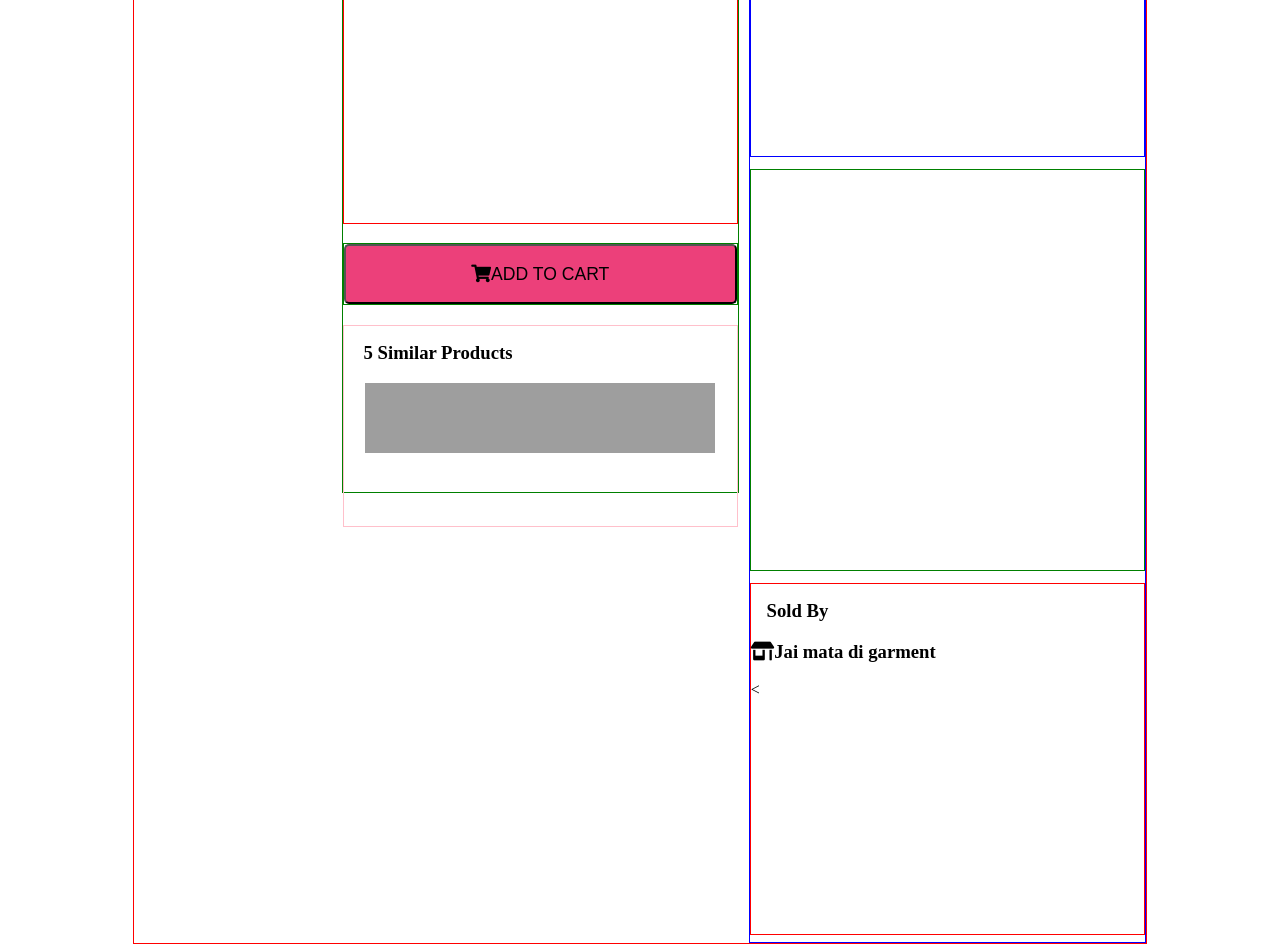
Repository: deepakxxxx/meesho
Page: catelog.html
These files come from the project's save history. The page is drawn as it stood at one moment and after the next save; the edit follows.
The browser window is 1280 px wide. The pictures show the part of the page from y = 419 to 1371 px (the page is 1371 px tall).
Pictures or frames that could not be fetched are drawn as grey boxes. A picture or video elsewhere on the page could not be fetched, so the positions and the page height are approximate.

Above is the page before, as saved 2021-11-06 17:40:28.

After the next save:
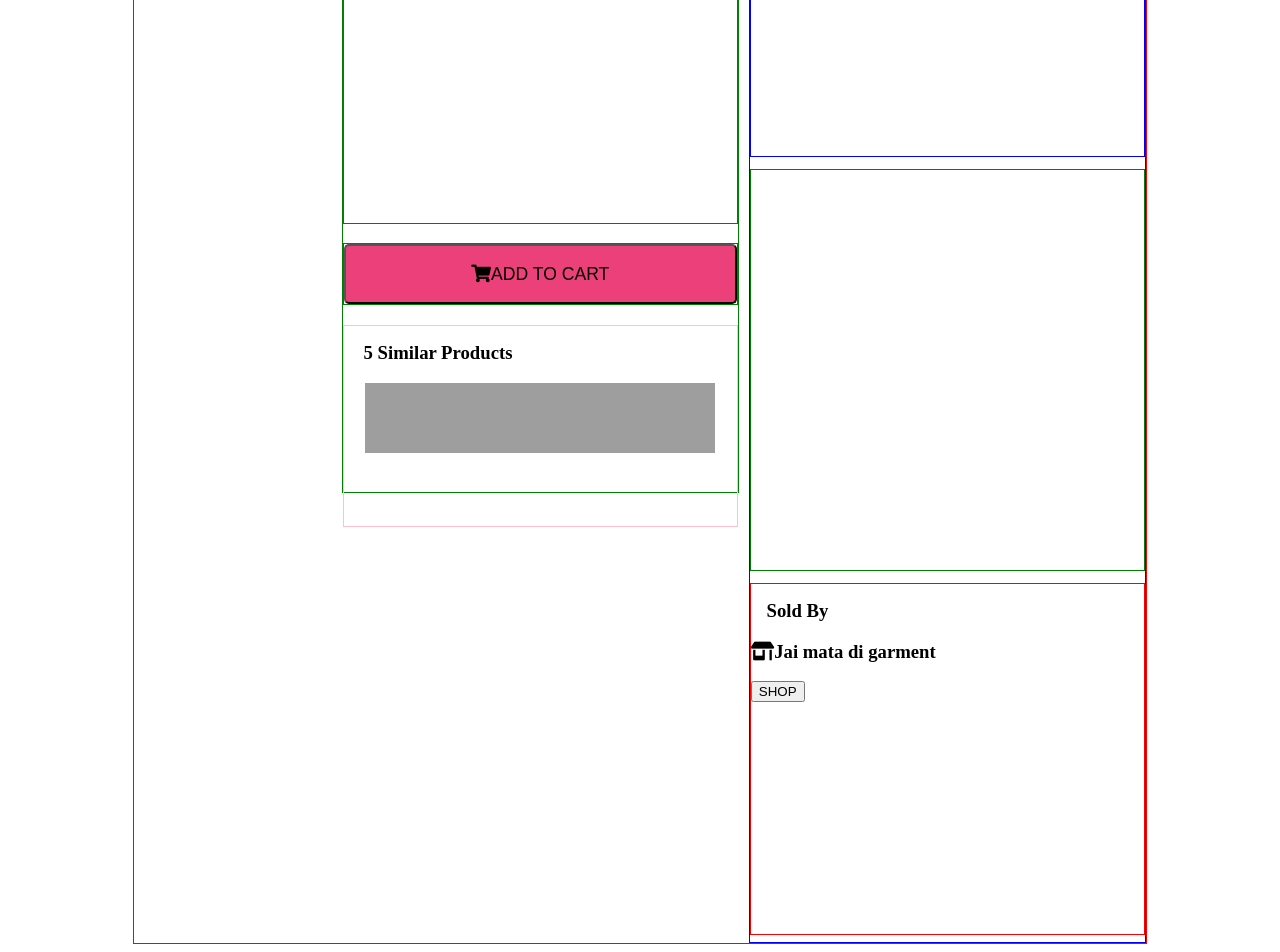
Saved 5 s later.
--- a/catelog.html
+++ b/catelog.html
@@ -302,7 +302,7 @@
             <div id="deler">
                 <h3>Sold By</h3>
                <span><h3><i class="fas fa-store-alt"></i>Jai mata di garment</h3></span>
-               <span><</span>
+               <span><button>SHOP</button></span>
             </div>
         </div>
     </div>

After the 3 saves that followed:
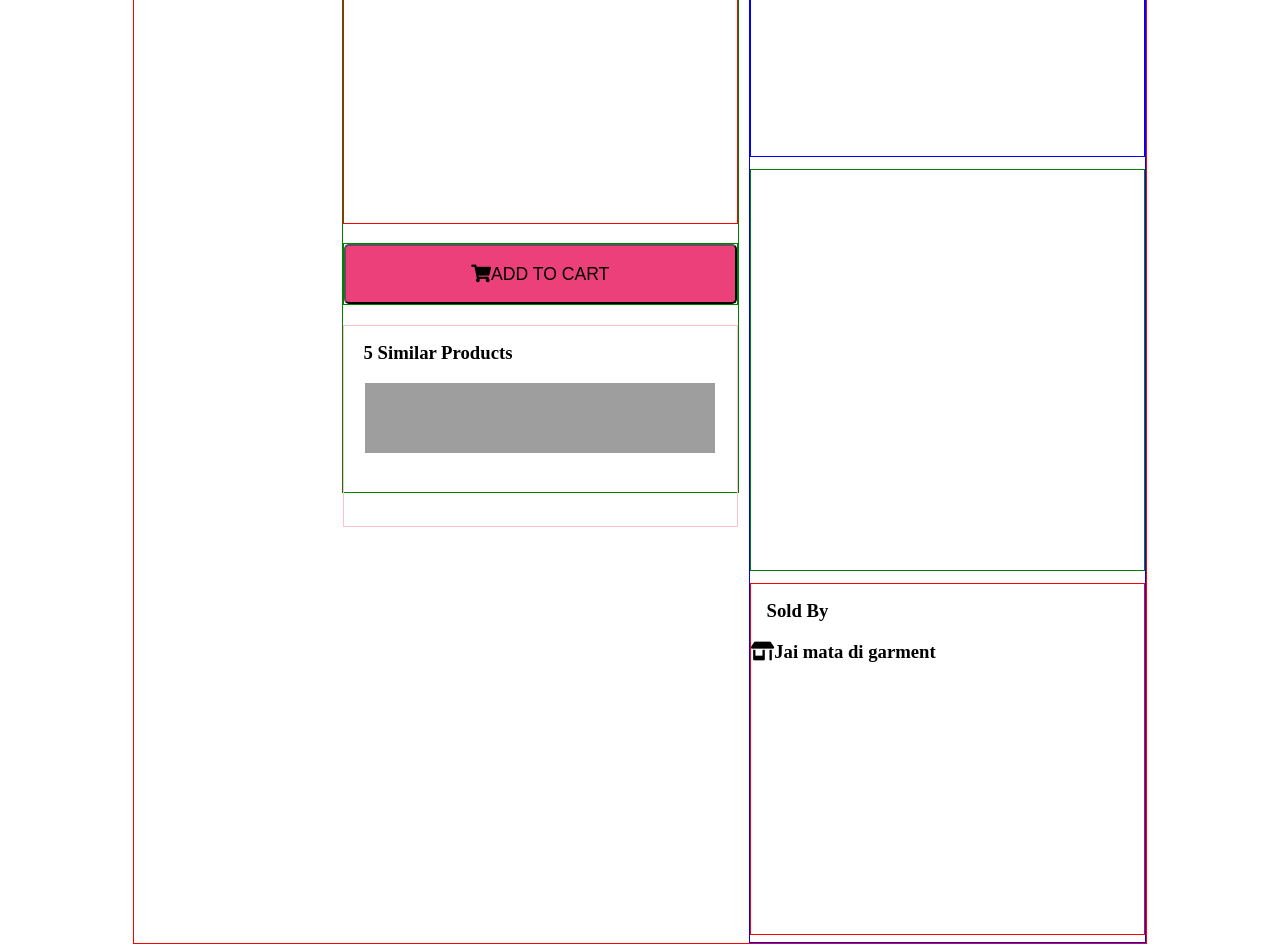
The 3 saves are shown as one change because 1 left the picture as it was and some came seconds apart.
The last was saved 18 s later.
--- a/catelog.html
+++ b/catelog.html
@@ -302,7 +302,7 @@
             <div id="deler">
                 <h3>Sold By</h3>
                <span><h3><i class="fas fa-store-alt"></i>Jai mata di garment</h3></span>
-               <span><button>SHOP</button></span>
+
             </div>
         </div>
     </div>
